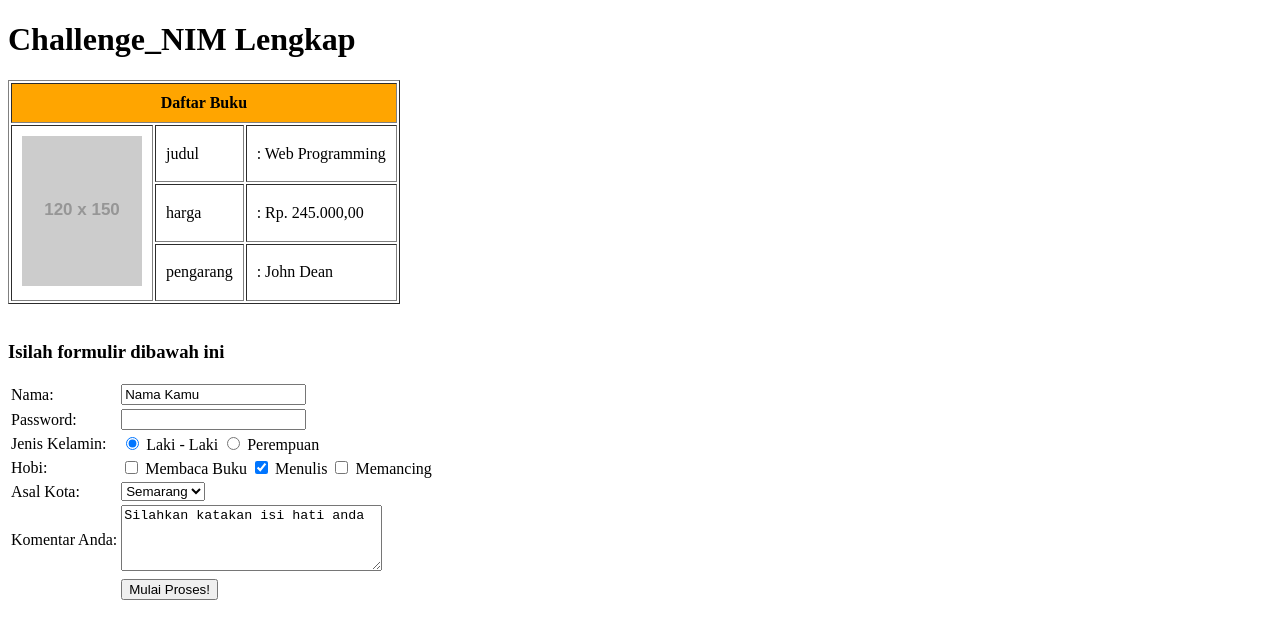
Repository: Deka-al/helloworld
Page: Challange_24116123.html
These files come from the project's save history. The page is drawn as it stood at one moment and after a run of saves; the edit follows.
The browser window is 1280 px wide. The pictures show the whole page.

Above is the page before, as saved 2026-04-20 09:33:52.

### Challange_24116123.html
<!DOCTYPE html>
<html>
<head>
    <title>Challenge_NIM Lengkap Anda</title>
</head>
<body>

    <!-- Judul -->
    <h1>Challenge_NIM Lengkap</h1>

    <!-- Tabel Daftar Buku -->
    <table border="1" cellpadding="10">
        <tr bgcolor="orange">
            <th colspan="3">Daftar Buku</th>
        </tr>
        <tr>
            <td rowspan="3">
                <img src="https://via.placeholder.com/120x150" alt="Buku">
            </td>
            <td>judul</td>
            <td>: Web Programming</td>
        </tr>
        <tr>
            <td>harga</td>
            <td>: Rp. 245.000,00</td>
        </tr>
        <tr>
            <td>pengarang</td>
            <td>: John Dean</td>
        </tr>
    </table>

    <br>

    <!-- Form -->
    <h3>Isilah formulir dibawah ini</h3>

    <table>
        <tr>
            <td>Nama:</td>
            <td><input type="text" value="Nama Kamu"></td>
        </tr>
        <tr>
            <td>Password:</td>
            <td><input type="password"></td>
        </tr>
        <tr>
            <td>Jenis Kelamin:</td>
            <td>
                <input type="radio" name="jk" checked> Laki - Laki
                <input type="radio" name="jk"> Perempuan
            </td>
        </tr>
        <tr>
            <td>Hobi:</td>
            <td>
                <input type="checkbox"> Membaca Buku
                <input type="checkbox" checked> Menulis
                <input type="checkbox"> Memancing
            </td>
        </tr>
        <tr>
            <td>Asal Kota:</td>
            <td>
                <select>
                    <option>Semarang</option>
                    <option>Jakarta</option>
                    <option>Bandung</option>
                </select>
            </td>
        </tr>
        <tr>
            <td>Komentar Anda:</td>
            <td>
                <textarea rows="4" cols="30">Silahkan katakan isi hati anda</textarea>
            </td>
        </tr>
        <tr>
            <td></td>
            <td>
                <button>Mulai Proses!</button>
            </td>
        </tr>
    </table>

</body>
</html>

After the next 3 saves:
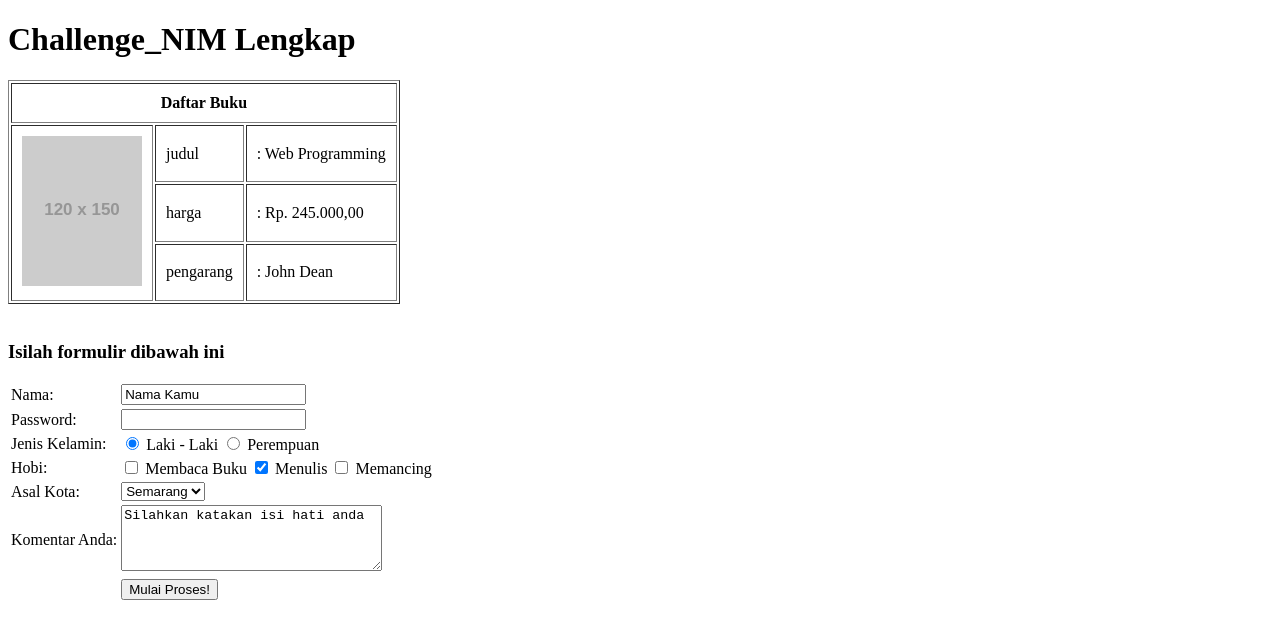
The 3 saves are shown as one change because they came seconds apart.
The last was saved 15 s later.
--- a/Challange_24116123.html
+++ b/Challange_24116123.html
@@ -10,7 +10,7 @@
 
     <!-- Tabel Daftar Buku -->
     <table border="1" cellpadding="10">
-        <tr bgcolor="orange">
+        <tr backgrpoumd-color="orange">
             <th colspan="3">Daftar Buku</th>
         </tr>
         <tr>
